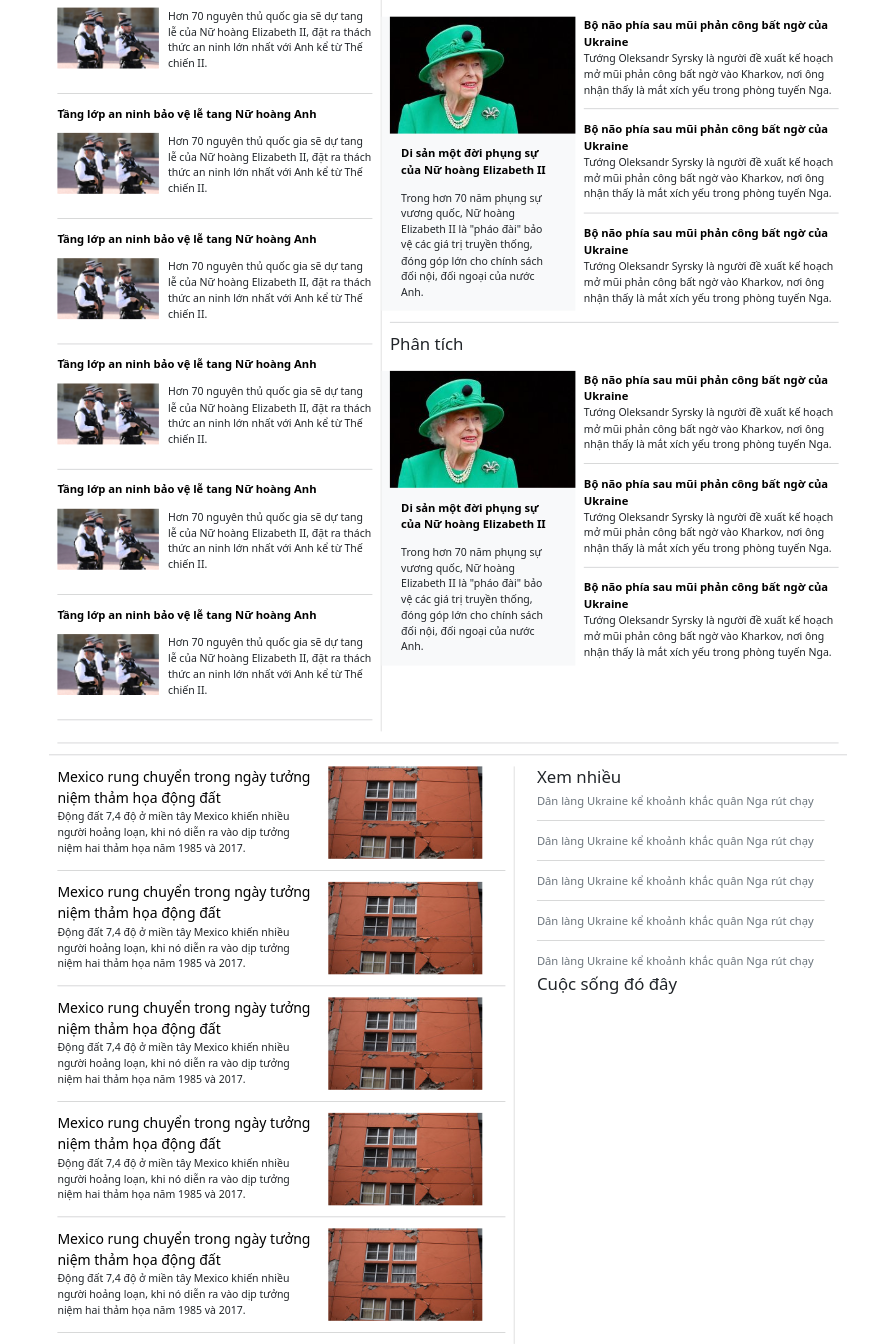
Repository: trongtamdev/lession1_html_sleepcloud
Page: vnExpress.html
The author's editor kept a copy of each file at every save. The page is drawn from the files as they stood at one save, then again after a run of saves.
The browser window is 1280 px wide. The pictures show the part of the page from y = 707 to 2627 px (the page is 2627 px tall), at 70% of full size.

Above is the page before, as saved 2022-09-20 15:30:52.

After the next 2 saves:
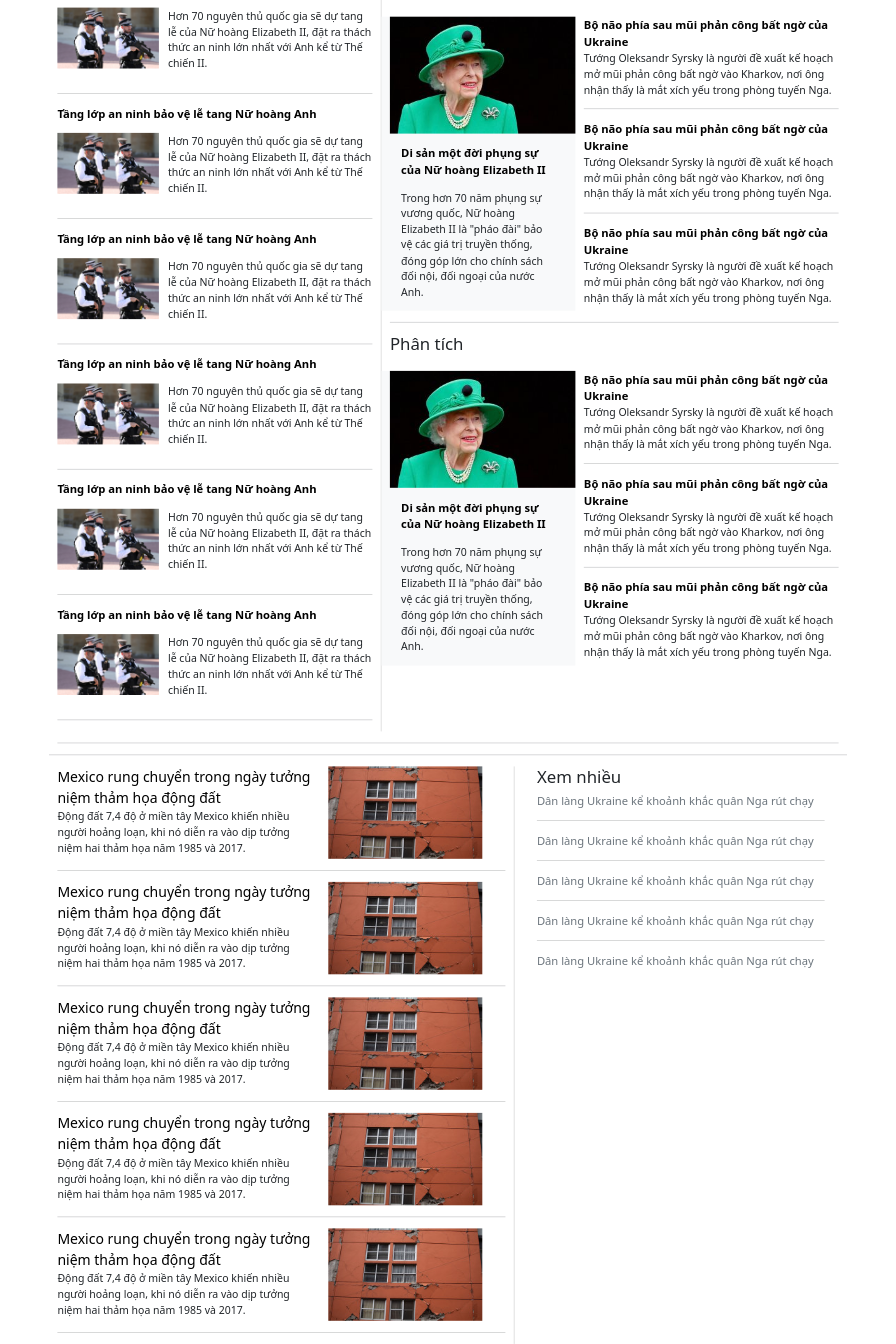
The 2 saves are shown as one change because they came seconds apart.
The last was saved 9 s later.
--- a/vnExpress.html
+++ b/vnExpress.html
@@ -493,7 +493,9 @@
               </div>
             </div>
 
-            <h4>Cuộc sống đó đây</h4>
+            <div class="">
+
+            </div>
           </div>
         </div>
         <!--END: CONTENT LIST SIDE 5-->

After the save that followed:
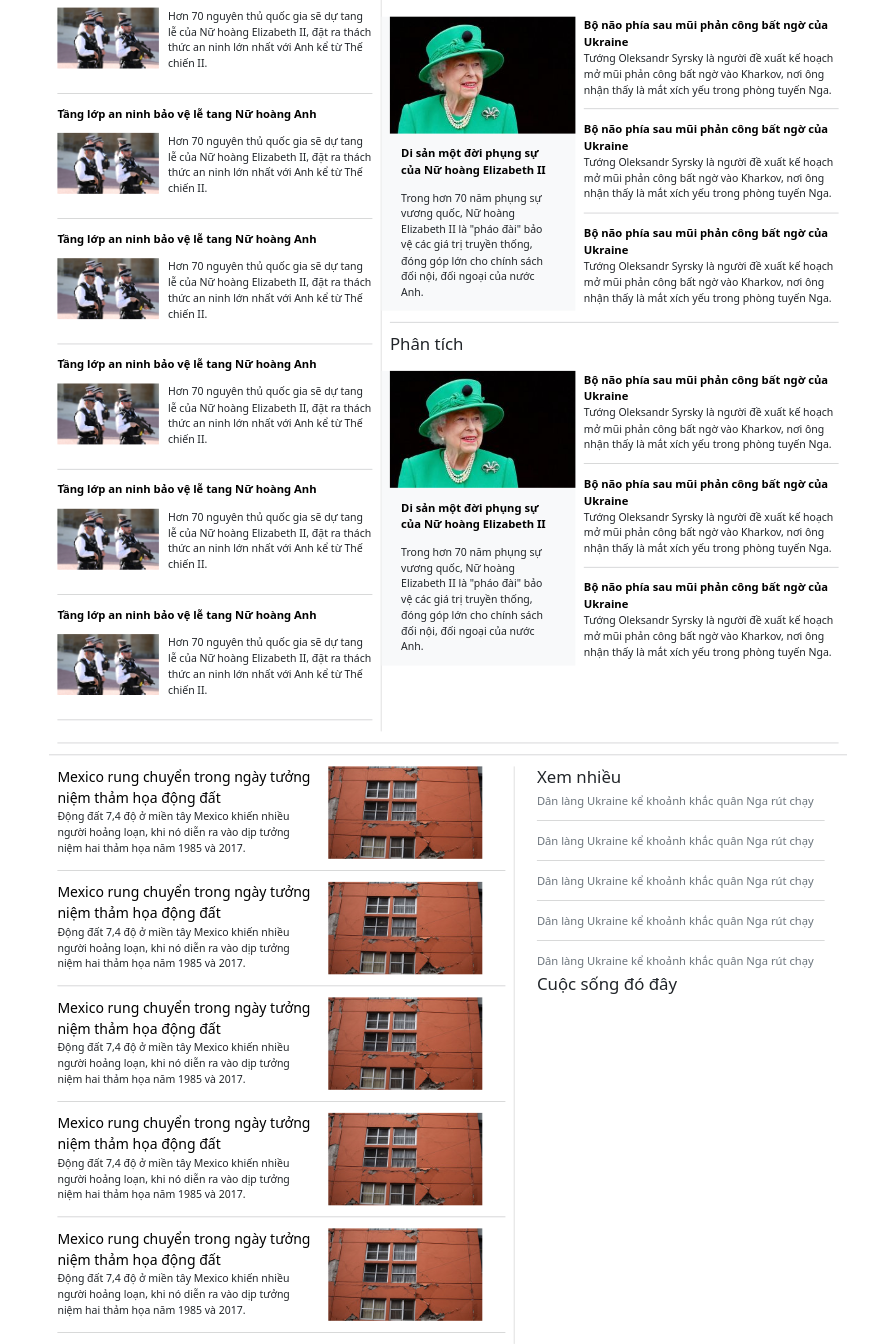
Saved 8 s later.
--- a/vnExpress.html
+++ b/vnExpress.html
@@ -494,7 +494,7 @@
             </div>
 
             <div class="">
-
+              <h4>Cuộc sống đó đây</h4>
             </div>
           </div>
         </div>
